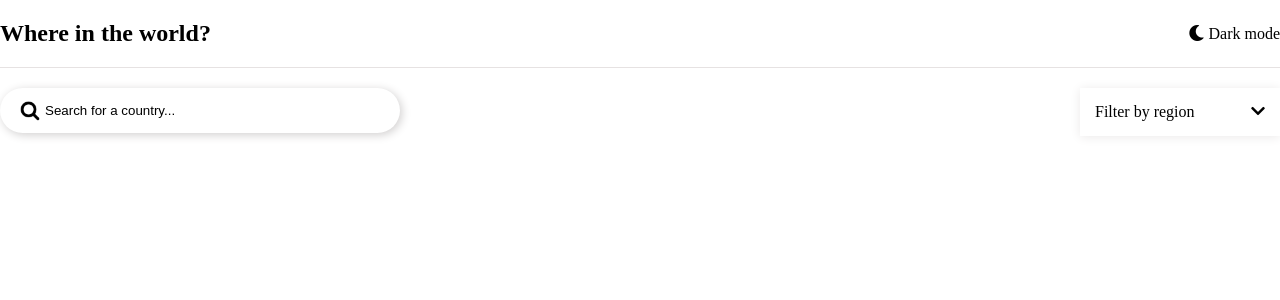
Repository: Eugene44-hub/countryProj
Page: index.html
An editor plug-in stored every save of this project. The page is shown before and after the next save, followed by the edit.
The browser window is 1280 px wide. The pictures show the whole page.
The page's requests for data from a server got no answer.

Above is the page before, as saved 2021-10-10 21:03:54.

After the next save:
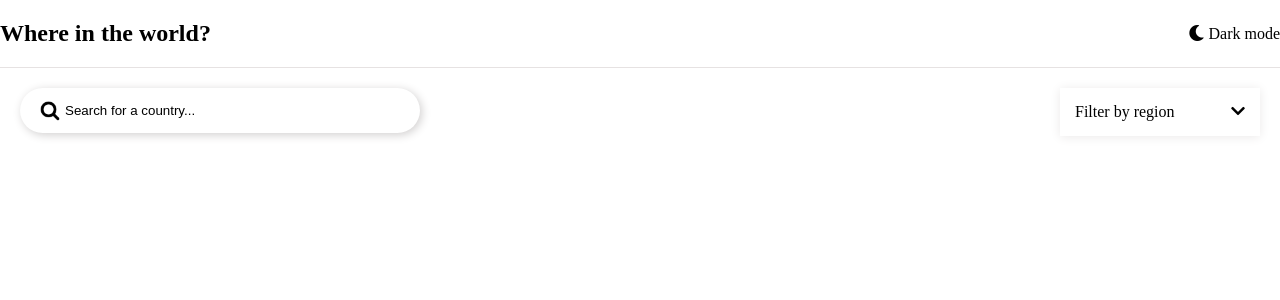
Saved 14 s later.
--- a/style.css
+++ b/style.css
@@ -5,7 +5,7 @@
 }
 
 .container {
-    margin:
+    margin: 20px;
 }
 
 .countries {
